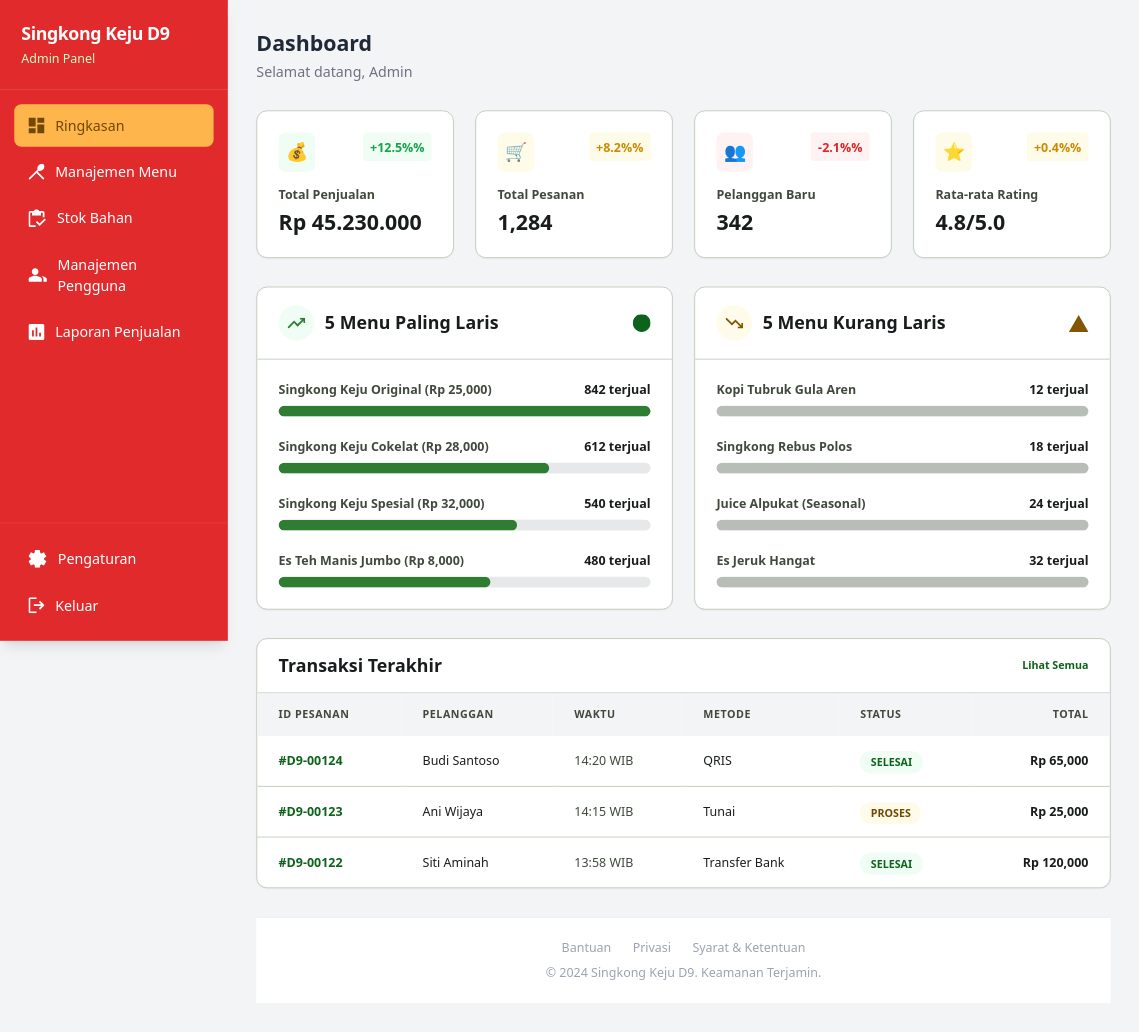
Repository: Warfail/restoran-frontend
Page: /admin
These files come from the project's save history. The page is drawn as it stood at one moment and after a run of saves; the edit follows.
The browser window is 1280 px wide. The pictures show the whole page, at 89% of full size.
The project was rebuilt for these pictures with package versions that can differ from the ones it lists, and the page was loaded fresh each time. Also part of the build but not shown: vite.config.js, src/pages/LoginPage.jsx, src/pages/SalesReportPage.jsx, src/pages/UserListPage.jsx, src/pages/UserManagementpage.jsx.

Above is the page before, as saved 2026-06-15 19:20:12.

After the next 2 saves:
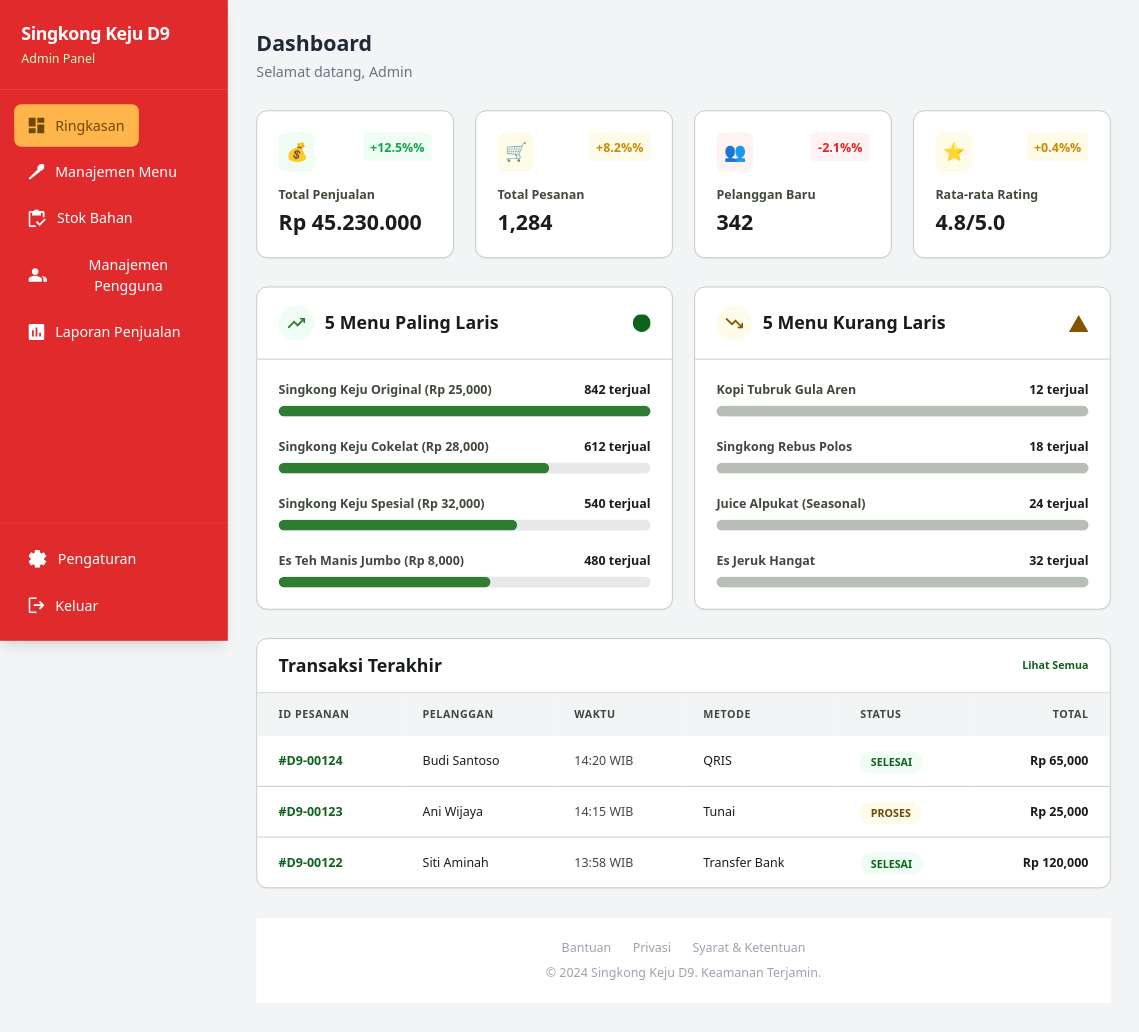
The 2 saves are shown as one change because they came seconds apart.
The last was saved 2 min 17 s later.
--- a/src/components/admin/Sidebar.jsx
+++ b/src/components/admin/Sidebar.jsx
@@ -17,43 +17,43 @@ export default function Sidebar() {
       </div>
 
       <nav className="p-4 space-y-1">
-        <a href="#" className="flex items-center gap-3 px-4 py-3 bg-[#FEB64C] text-[#704800] rounded-lg font-medium">
+        <button onClick={() => navigate("/admin/summary")} className="flex items-center gap-3 px-4 py-3 bg-[#FEB64C] text-[#704800] rounded-lg font-medium">
           <svg width="18" height="18" viewBox="0 0 18 18" fill="none">
             <path d="M10 6V0H18V6H10ZM0 10V0H8V10H0ZM10 18V8H18V18H10ZM0 18V12H8V18H0Z" fill="#704800"/>
           </svg>
           Ringkasan
-        </a>
+        </button>
 
-        <a href="#" className="flex items-center gap-3 px-4 py-3 text-white hover:bg-white/10 rounded-lg transition">
+        <button onClick={() => navigate("/admin/menu")} className="flex items-center gap-3 px-4 py-3 text-white hover:bg-white/10 rounded-lg transition">
           <svg width="18" height="18" viewBox="0 0 18 18" fill="white">
-            <path d="M1.4 18L0 16.6L10.25 6.35C9.95 5.65 9.90833 4.85833 10.125 3.975C10.3417 3.09167 10.8167 2.3 11.55 1.6C12.4333 0.716667 13.4167 0.2 14.5 0.05C15.5833 -0.1 16.4667 0.166667 17.15 0.85C17.8333 1.53333 18.1 2.41667 17.95 3.5C17.8 4.58333 17.2833 5.56667 16.4 6.45C15.7 7.18333 14.9083 7.65833 14.025 7.875C13.1417 8.09167 12.35 8.05 11.65 7.75L10.4 9L18 16.6L16.6 18L9 10.45L1.4 18Z"/>
+            <path d="M1.4 18L0 16.6L10.25 6.35C9.95 5.65 9.90833 4.85833 10.125 3.975C10.3417 3.09167 10.8167 2.3 11.55 1.6C12.4333 0.716667 13.4167 0.2 14.5 0.05C15.5833 -0.1 16.4667 0.166667 17.15 0.85C17.8333 1.53333 18.1 2.41667 17.95 3.5C17.8 4.58333 17.2833 5.56667 16.4 6.45C15.7 7.18333 14.9083 7.65833 14.025 7.875C13.₁4₁₇ 8.09₁₆₇ ₁₂.₃₅ 8.05 ₁₁.₆₅ 7.75L₁₀.₄ 9L₁₈ ₁₆.₆L₁₆.₆ ₁₈L₉ ₁₀.…L₁.…Z"/>
           </svg>
           Manajemen Menu
-        </a>
+        </button>
 
-        <a href="#" className="flex items-center gap-3 px-4 py-3 text-white hover:bg-white/10 rounded-lg transition">
+        <button onClick={() => navigate("/admin/inventory")} className="flex items-center gap-3 px-4 py-3 text-white hover:bg-white/10 rounded-lg transition">
           <svg width="20" height="20" viewBox="0 0 20 20" fill="white">
             <path d="M12.5 18.925L8.25 14.675L9.65 13.275L12.5 16.125L18.15 10.475L19.55 11.875L12.5 18.925Z"/>
             <path d="M18 9H16V4H14V7H4V4H2V18H8V20H2C1.45 20 0.979167 19.8042 0.5875 19.4125C0.195833 19.0208 0 18.55 0 18V4C0 3.45 0.195833 2.97917 0.5875 2.5875C0.979167 2.19583 1.45 2 2 2H6.175C6.35833 1.41667 6.71667 0.9375 7.25 0.5625C7.78333 0.1875 8.36667 0 9 0C9.66667 0 10.2625 0.1875 10.7875 0.5625C11.3125 0.9375 11.6667 1.41667 11.85 2H16C16.55 2 17.0208 2.19583 17.4125 2.5875C17.8042 2.97917 18 3.45 18 4V9Z"/>
           </svg>
           Stok Bahan
-        </a>
+        </button>
 
-        <a href="#" className="flex items-center gap-3 px-4 py-3 text-white hover:bg-white/10 rounded-lg transition">
+        <button onClick={() => navigate("/admin/users")} className="flex items-center gap-3 px-4 py-3 text-white hover:bg-white/10 rounded-lg transition">
           <svg width="22" height="16" viewBox="0 0 22 16" fill="white">
             <path d="M0 16V13.2C0 12.6333 0.145833 12.1125 0.4375 11.6375C0.729167 11.1625 1.11667 10.8 1.6 10.55C2.63333 10.0333 3.68333 9.64583 4.75 9.3875C5.81667 9.12917 6.9 9 8 9C9.1 9 10.1833 9.12917 11.25 9.3875C12.3167 9.64583 13.3667 10.0333 14.4 10.55C14.8833 10.8 15.2708 11.1625 15.5625 11.6375C15.8542 12.1125 16 12.6333 16 13.2V16H0Z"/>
             <path d="M18 16V13C18 12.2667 17.7958 11.5625 17.3875 10.8875C16.9792 10.2125 16.4 9.63333 15.65 9.15C16.5 9.25 17.3 9.42083 18.05 9.6625C18.8 9.90417 19.5 10.2 20.15 10.55C20.75 10.8833 21.2083 11.2542 21.525 11.6625C21.8417 12.0708 22 12.5167 22 13V16H18Z"/>
             <path d="M8 8C6.9 8 5.95833 7.60833 5.175 6.825C4.39167 6.04167 4 5.1 4 4C4 2.9 4.39167 1.95833 5.175 1.175C5.95833 0.391667 6.9 0 8 0C9.1 0 10.0417 0.391667 10.825 1.175C11.6083 1.95833 12 2.9 12 4C12 5.1 11.6083 6.04167 10.825 6.825C10.0417 7.60833 9.1 8 8 8Z"/>
           </svg>
           Manajemen Pengguna
-        </a>
+        </button>
 
-        <a href="#" className="flex items-center gap-3 px-4 py-3 text-white hover:bg-white/10 rounded-lg transition">
+        <button onClick={() => navigate("/admin/reports")} className="flex items-center gap-3 px-4 py-3 text-white hover:bg-white/10 rounded-lg transition">
           <svg width="18" height="18" viewBox="0 0 18 18" fill="white">
             <path d="M4 14H6V7H4V14ZM8 14H10V4H8V14ZM12 14H14V10H12V14ZM2 18C1.45 18 0.979167 17.8042 0.5875 17.4125C0.195833 17.0208 0 16.55 0 16V2C0 1.45 0.195833 0.979167 0.5875 0.5875C0.979167 0.195833 1.45 0 2 0H16C16.55 0 17.0208 0.195833 17.4125 0.5875C17.8042 0.979167 18 1.45 18 2V16C18 16.55 17.8042 17.0208 17.4125 17.4125C17.0208 17.8042 16.55 18 16 18H2Z"/>
           </svg>
           Laporan Penjualan
-        </a>
+        </button>
       </nav>
 
       <div className="absolute bottom-0 left-0 right-0 p-4 border-t border-white/10">
